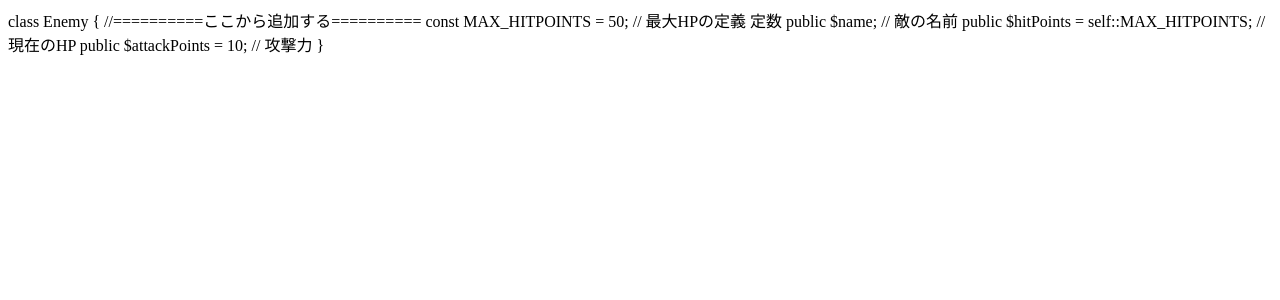
Repository: ymatsuza1128/TechpitFF
Page: http://localhost/TechpitFF/classes/Enemy.php
The author's editor kept a record of every edit. The page is drawn from the files as they stood at one moment, then again after the next edit.
The browser window is 1280 px wide. The pictures show the whole page.
The page is run by PHP 8.4 with error messages shown; the project is at /var/www/html/.

Above is the page before.

### TechpitFF/classes/Enemy.php
 class Enemy
 {
     //==========ここから追加する==========
    const MAX_HITPOINTS = 50; // 最大HPの定義 定数
    public $name; // 敵の名前
    public $hitPoints = self::MAX_HITPOINTS; // 現在のHP
    public $attackPoints = 10; // 攻撃力
}

After the next edit:
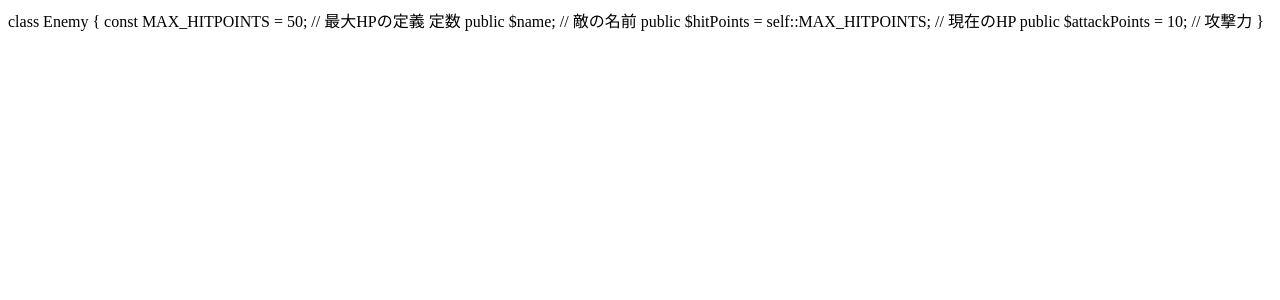
The edit:
--- a/TechpitFF/classes/Enemy.php
+++ b/TechpitFF/classes/Enemy.php
@@ -1,6 +1,5 @@
  class Enemy
  {
-     //==========ここから追加する==========
     const MAX_HITPOINTS = 50; // 最大HPの定義 定数
     public $name; // 敵の名前
     public $hitPoints = self::MAX_HITPOINTS; // 現在のHP
